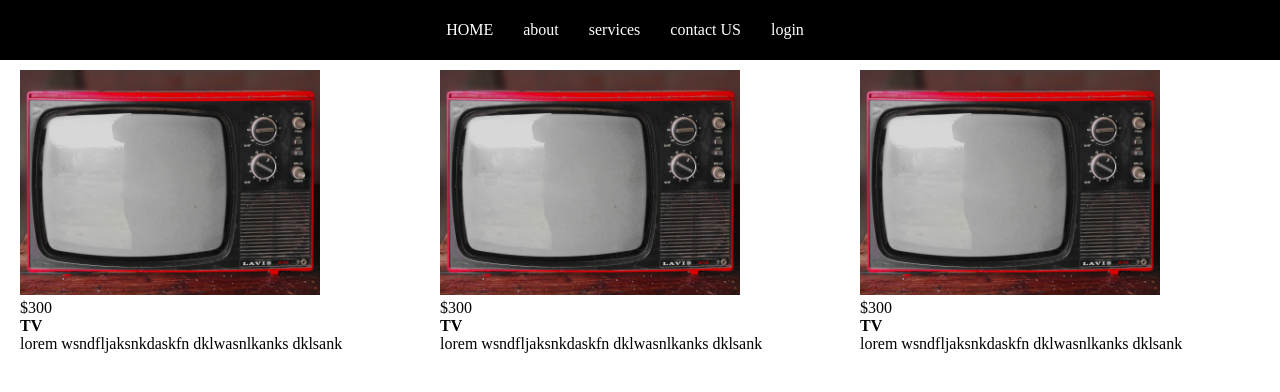
Repository: viveknaidu007/repo-166-Full-Stack-Development-Learning-Notes-Innomatics-2024
Page: module_1-html,css,bootstrap/sept_25_2024/index.html
The author's editor kept a copy of each file at every save. The page is drawn from the files as they stood at one save, then again after the next save.
The browser window is 1280 px wide. The pictures show the whole page.

Above is the page before, as saved 2024-09-27 21:50:57.

After the next save:
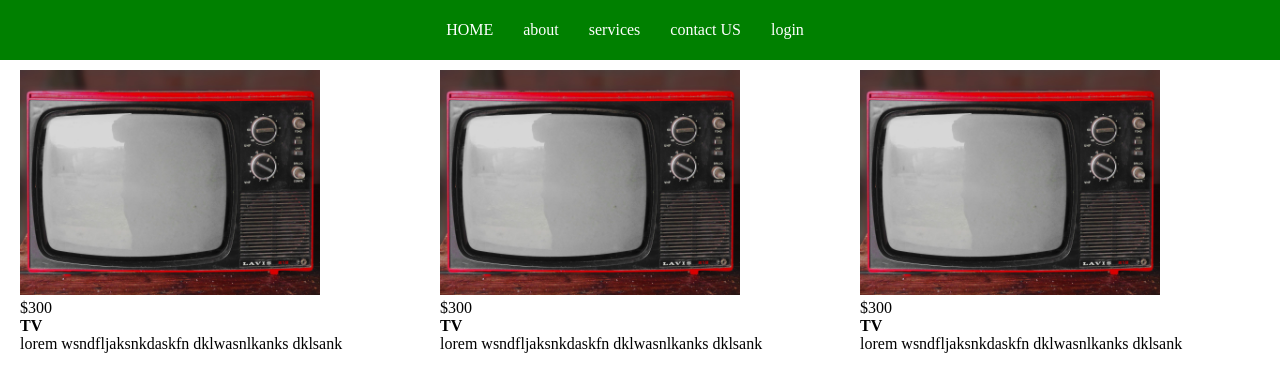
Saved 2 h 27 min later.
--- a/module_1-html,css,bootstrap/sept_25_2024/index.html
+++ b/module_1-html,css,bootstrap/sept_25_2024/index.html
@@ -9,7 +9,7 @@
         ul{
             display: flex;
             list-style-type: none;
-            background-color: black;
+            background-color: green;
             color: white;
             height:60px;
             justify-content: center;
